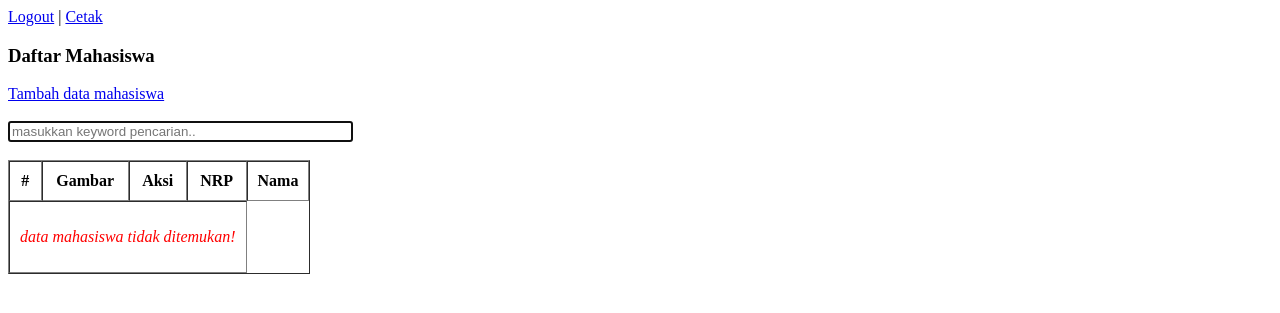
Repository: idlakip/pw2020
Page: http://localhost/
The author's editor kept a copy of each file at every save. The page is drawn from the files as they stood at one save, then again after the next save.
The browser window is 1280 px wide. The pictures show the whole page.
The page is run by PHP 8.4 with error messages shown; the project is at /var/www/html/. The session is filled in as if someone had signed in: {"login": true}. Other server files are loaded and not shown. Queries for data that is not in the repository find no rows.

Above is the page before, as saved 2020-07-25 05:57:34.

### index.php
<?php
session_start();

if (!isset($_SESSION['login'])) {
  header("Location: login.php");
  exit;
}

require 'functions.php';
$mahasiswa = query("SELECT * FROM mahasiswa");

// ketika tombol cari diklik
if (isset($_POST['cari'])) {
  $mahasiswa = cari($_POST['keyword']);
}

?>
<!DOCTYPE html>
<html lang="en">

<head>
  <meta charset="UTF-8">
  <meta name="viewport" content="width=device-width, initial-scale=1.0">
  <title>Daftar Mahasiswa</title>
  <style>
    .loader {
      width: 100px;
      position: absolute;
      top: 118px;
      left: 210px;
      z-index: -1;
      display: none;
    }

    @media print {

      .logout,
      .tambah,
      .form-cari,
      .aksi {
        display: none;
      }
    }
  </style>
</head>

<body>
  <a href="logout.php">Logout</a> | <a href="cetak.php" target="_blank">Cetak</a>
  <h3>Daftar Mahasiswa</h3>

  <a href="tambah.php" class="tambah">Tambah data mahasiswa</a>
  <br><br>

  <form action="" method="POST" class="form-cari">
    <input type="text" name="keyword" size="40" placeholder="masukkan keyword pencarian.." autocomplete="off" autofocus class="keyword" id="keyword">
    <button type="submit" name="cari" class="tombol-cari">Cari!</button>
  </form>
  <br>

  <div class="container">
    <table border="1" cellpadding="10" cellspacing="0">
      <tr>
        <th>#</th>
        <th>Gambar</th>
        <th class="aksi">Aksi</th>
        <th>NRP</th>
        <th>Nama</th>
        <!-- <th>Email</th> -->
        <!-- <th>Jurusan</th> -->
      </tr>

      <?php if (empty($mahasiswa)) : ?>
        <tr>
          <td colspan="4">
            <p style="color: red; font-style: italic;">data mahasiswa tidak ditemukan!</p>
          </td>
        </tr>
      <?php endif; ?>

      <?php $i = 1;
      foreach ($mahasiswa as $m) : ?>
        <tr>
          <td><?= $i++; ?></td>
          <td><img src="img/<?= $m['gambar']; ?>" width="60"></td>
          <td><?= $m['nama']; ?></td>
          <td>
            <a href="detail.php?id=<?= $m['id']; ?>">lihat detail</a>
          </td>
        </tr>
      <?php endforeach; ?>
    </table>
  </div>

  <script src="js/script.js"></script>
</body>

</html>

### functions.php
<?php

function koneksi()
{
  return mysqli_connect('localhost', 'root', '', 'cb_016122333');
}

function query($query)
{
  $conn = koneksi();

  $result = mysqli_query($conn, $query);

  // jika hasilnya hanya 1 data
  if (mysqli_num_rows($result) == 1) {
    return mysqli_fetch_assoc($result);
  }

  $rows = [];
  while ($row = mysqli_fetch_assoc($result)) {
    $rows[] = $row;
  }

  return $rows;
}

function upload()
{
  $nama_file = $_FILES['gambar']['name'];
  $tipe_file = $_FILES['gambar']['type'];
  $ukuran_file = $_FILES['gambar']['size'];
  $error = $_FILES['gambar']['error'];
  $tmp_file = $_FILES['gambar']['tmp_name'];

  // ketika tidak ada gambar yang dipilih
  // if($error == 4) {
  //   echo "<script>
  //   alert('pilih gambar terlebih dahulu!');
  //   </script>";
  //   return false;
  if($error == 4) {
    // echo "<script>
    // alert('pilih gambar terlebih dahulu!');
    // </script>";
    return 'nophoto.jpg';
  }

  // cek ekstensi file
  $daftar_gambar = ['jpg', 'jpeg', 'png'];
  $ekstensi_file = explode('.', $nama_file);
  $ekstensi_file = strtolower(end($ekstensi_file));
  if(!in_array($ekstensi_file, $daftar_gambar)) {
    echo "<script>
    alert('yang anda pilih bukan gambar!');
    </script>";
    return false;
  }

  // cek type file
  if($tipe_file != 'image/jpeg' && $tipe_file != 'image/png') {
    echo "<script>
    alert('yang anda pilih bukan gambar!');
    </script>";
    return false;
  }

  // cek ukuran file
  // maksimal 5MB = 5.000.000 bite
  if ($ukuran_file > 5000000) {
    echo "<script>
    alert('ukuran terlalu besar, max = 5MB!');
    </script>";
    return false;
  }
  // lolos pengecekan
  // siap upload file
  // generate nama file baru
  $nama_file_baru = uniqid();
  $nama_file_baru .= '.';
  $nama_file_baru .= $ekstensi_file;
  move_uploaded_file($tmp_file, 'img/' . $nama_file_baru);
  return $nama_file_baru;
}

function tambah($data)
{
  $conn = koneksi();

  $nama = htmlspecialchars($data['nama']);
  $nrp = htmlspecialchars($data['nrp']);
  $email = htmlspecialchars($data['email']);
  $jurusan = htmlspecialchars($data['jurusan']);
  // $gambar = htmlspecialchars($data['gambar']);

// upload gambar
  $gambar = upload();
if (!$gambar) {
  return false;
}

// insert ke DB
  $query = "INSERT INTO
              mahasiswa
              VALUES
              (NULL, '$nama','$nrp','$email','$jurusan','$gambar');
              ";
  mysqli_query($conn, $query) or die(mysqli_error($conn));
  echo mysqli_error($conn);
  return mysqli_affected_rows($conn);
}

function hapus($id)
{
  $conn = koneksi();

  // menghapus gambar dari folder img
  $mhs = query("SELECT * FROM mahasiswa WHERE id= $id");
  if($mhs['gambar'] != 'nophoto.jpg') {
    unlink('img/' . $mhs['gambar']);
  }

  mysqli_query($conn, "DELETE FROM mahasiswa WHERE id = $id") or die(mysqli_error($conn));
  return mysqli_affected_rows($conn);
}

function ubah($data)
{
  $conn = koneksi();

  $id = $data['id'];
  $nama = htmlspecialchars($data['nama']);
  $nrp = htmlspecialchars($data['nrp']);
  $email = htmlspecialchars($data['email']);
  $jurusan = htmlspecialchars($data['jurusan']);
  $gambar_lama = htmlspecialchars($data['gambar_lama']);

  $gambar = upload();
  if (!$gambar) {
    return false;
  }

  if($gambar == 'nophoto.jpg') {
    $gambar = $gambar_lama;
  }

  $query = "UPDATE mahasiswa SET
              nama = '$nama',
              nrp = '$nrp',
              email = '$email',
              jurusan = '$jurusan',
              gambar = '$gambar'
            WHERE id = $id";

  mysqli_query($conn, $query) or die(mysqli_error($conn));
  echo mysqli_error($conn);
  return mysqli_affected_rows($conn);
}

function cari($keyword)
{
  $conn = koneksi();

  $query = "SELECT * FROM mahasiswa
              WHERE
              nama LIKE '%$keyword%'OR
              nrp LIKE '%$keyword%'";

  $result = mysqli_query($conn, $query);

  $rows =  [];
  while ($row = mysqli_fetch_assoc($result)) {
    $rows[] = $row;
  }

  return $rows;
}


function login($data)
{
  $conn = koneksi();

  $username = htmlspecialchars($data['username']);
  $password = htmlspecialchars($data['password']);

  // cek dulu username
  if ($user = query("SELECT * FROM user WHERE username = '$username'")) {
    // cek password
    if (password_verify($password, $user['password'])) {
      // set session
      $_SESSION['login'] = true;

      header("Location: index.php");
      exit;
    }
  }
  return [
    'error' => true,
    'pesan' => 'Username / Password Salah!'
  ];
}


function registrasi($data)
{
  $conn = koneksi();


  $username = htmlspecialchars(strtolower($data['username']));
  $password1 = mysqli_real_escape_string($conn, $data['password1']);
  $password2 = mysqli_real_escape_string($conn, $data['password2']);

  //jika username / password kosong
  if (empty($username) || empty($password1) || empty($password2)) {
    echo "<script>
          alert('username / password tidak boleh  kosong!');
          document.location.href = 'registrasi.php';
          </script>";

    return false;
  }

  //jika username sudah aada
  if (query("SELECT * FROM user WHERE username = '$username'")) {
    echo "<script>
    alert('username sudah terdaftar!');
    document.location.href = 'registrasi.php';
    </script>";

    return false;
  }
  //jika konfirmasi password tidak sesuai
  if ($password1 !== $password2) {
    echo "<script>
    alert('konfirmasi password tidak sesuai!');
    document.location.href = 'registrasi.php';
    </script>";

    return false;
  }

  // jika password <5 digit
  if (strlen($password1) < 5) {
    echo "<script>
    alert('password terlalu pendek!');
    document.location.href = 'registrasi.php';
    </script>";

    return false;
  }

  //jika username dan password sudah sesuai
  //enkripsi password
  $password_baru = password_hash($password1, PASSWORD_DEFAULT);
  //Inser ke table user
  $query = "INSERT INTO user
              VALUES
              (null, '$username', '$password_baru')
              ";
  mysqli_query($conn, $query) or die(mysqli_error($conn));
  return mysqli_affected_rows($conn);
}

### js/script.js
const tombolCari = document.querySelector('.tombol-cari');
const keyword = document.querySelector('.keyword');
const container = document.querySelector('.container');

// hilangkan tombol cari
tombolCari.style.display = 'none';

// event ketika kita menuliskan keyword
keyword.addEventListener('keyup', function () {
  // ajax
  // xmlhttprequest
  // const xhr = new XMLHttpRequest();
  // xhr.onreadystatechange = function () {
  //   if (xhr.readyState == 4 && xhr.status == 200) {
  //     container.innerHTML = xhr.responseText;
  //   }
  // };
  // xhr.open('get', 'ajax/ajax_cari.php?keyword=' + keyword.value);
  // xhr.send();

  // fetch()
  fetch('ajax/ajax_cari.php?keyword=' + keyword.value)
    .then((response) => response.text())
    .then((response) => (container.innerHTML = response));
});

// Preview Image untuk Tambah dan Ubah
function previewImage() {
  const gambar = document.querySelector('.gambar');
  const imgPreview = document.querySelector('.img-preview');

  const oFReader = new FileReader();
  oFReader.readAsDataURL(gambar.files[0]);

  oFReader.onload = function (oFREvent) {
    imgPreview.src = oFREvent.target.result;
  };
}

After the next save:
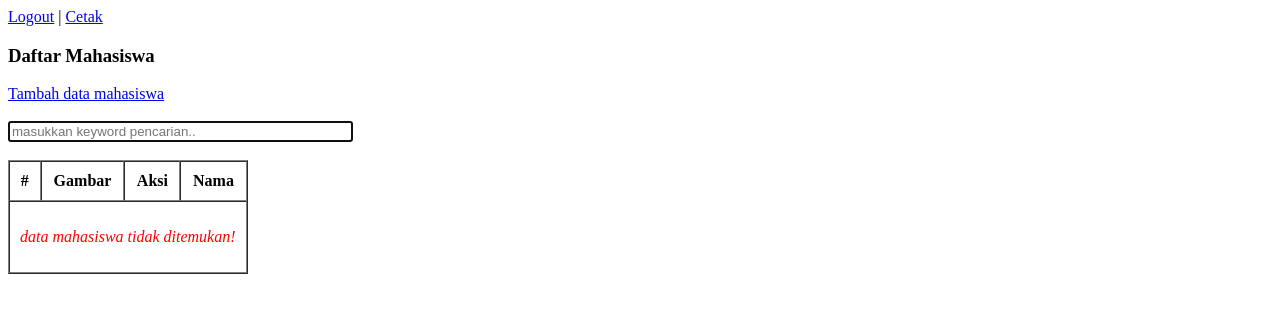
Saved 43 s later.
--- a/index.php
+++ b/index.php
@@ -63,7 +63,7 @@ if (isset($_POST['cari'])) {
         <th>#</th>
         <th>Gambar</th>
         <th class="aksi">Aksi</th>
-        <th>NRP</th>
+        <!-- <th>NRP</th> -->
         <th>Nama</th>
         <!-- <th>Email</th> -->
         <!-- <th>Jurusan</th> -->
